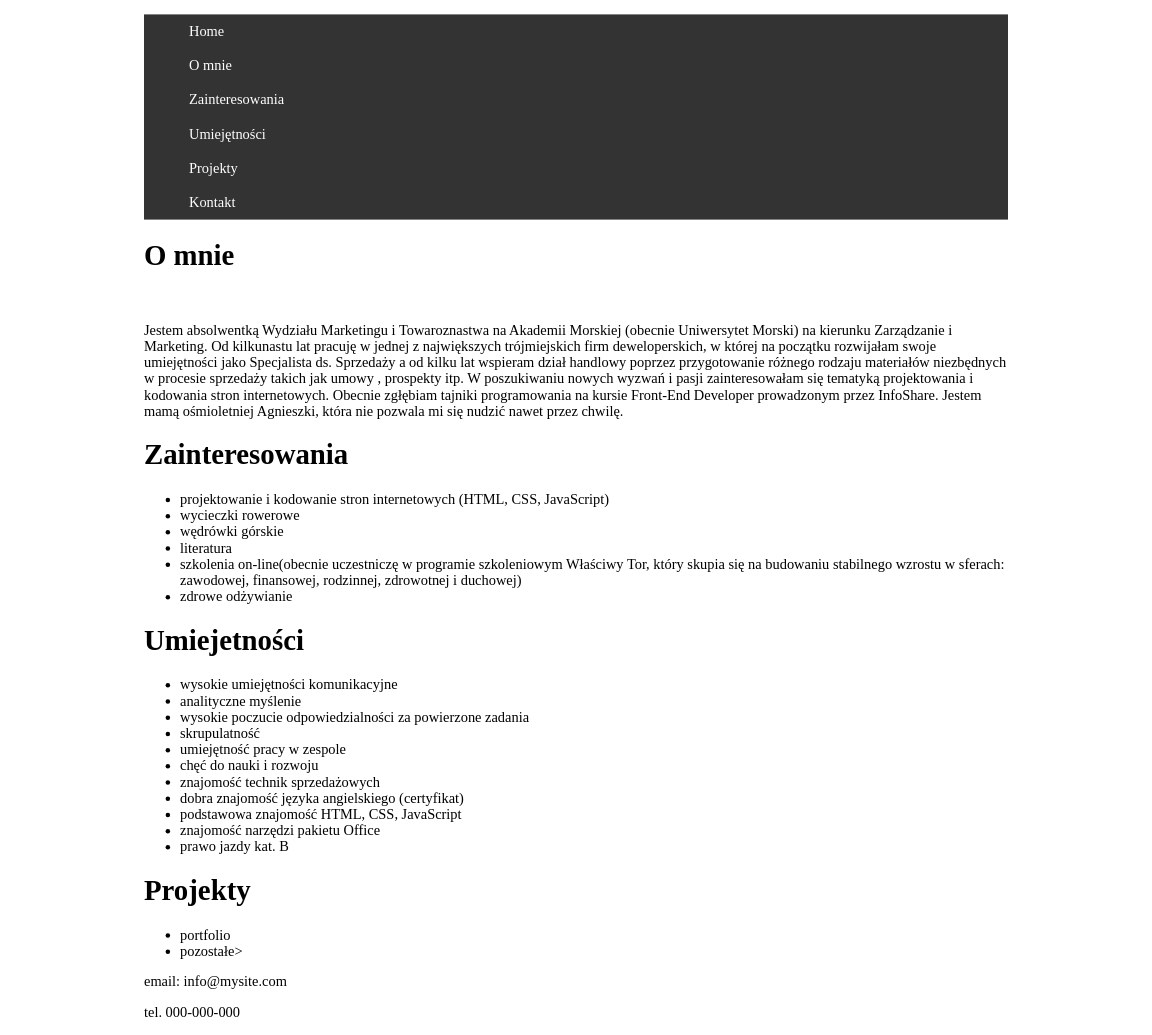
Repository: MagJaw/portfolio
Page: portfolio.html
An editor plug-in stored every save of this project. The page is shown before and after the next save, followed by the edit.
The browser window is 1280 px wide. The pictures show the whole page, at 90% of full size.

Above is the page before, as saved 2018-11-11 20:26:05.

After the next save:
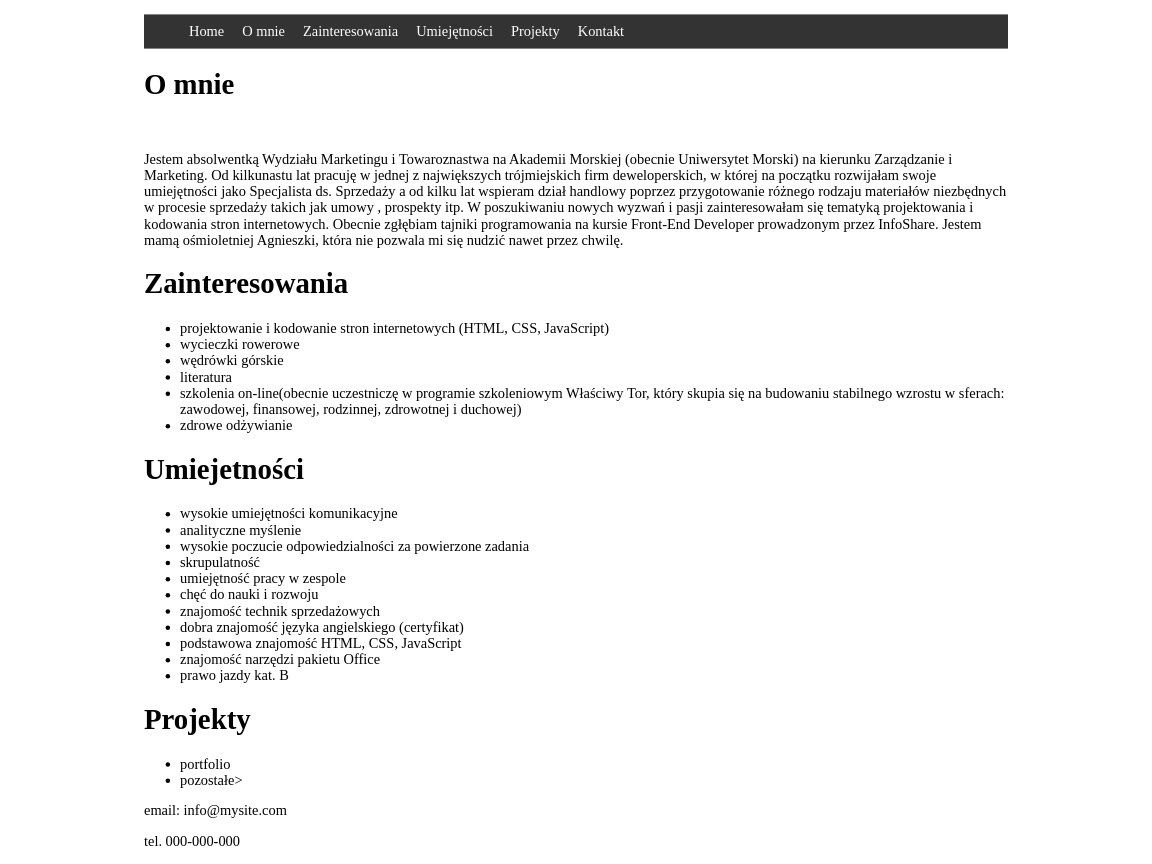
Saved 106 s later.
--- a/main.css
+++ b/main.css
@@ -26,4 +26,6 @@ background:  #333;
 
 @media screen and (min-width: 768px){
 
+    .menu {
+display: flex;
 }
